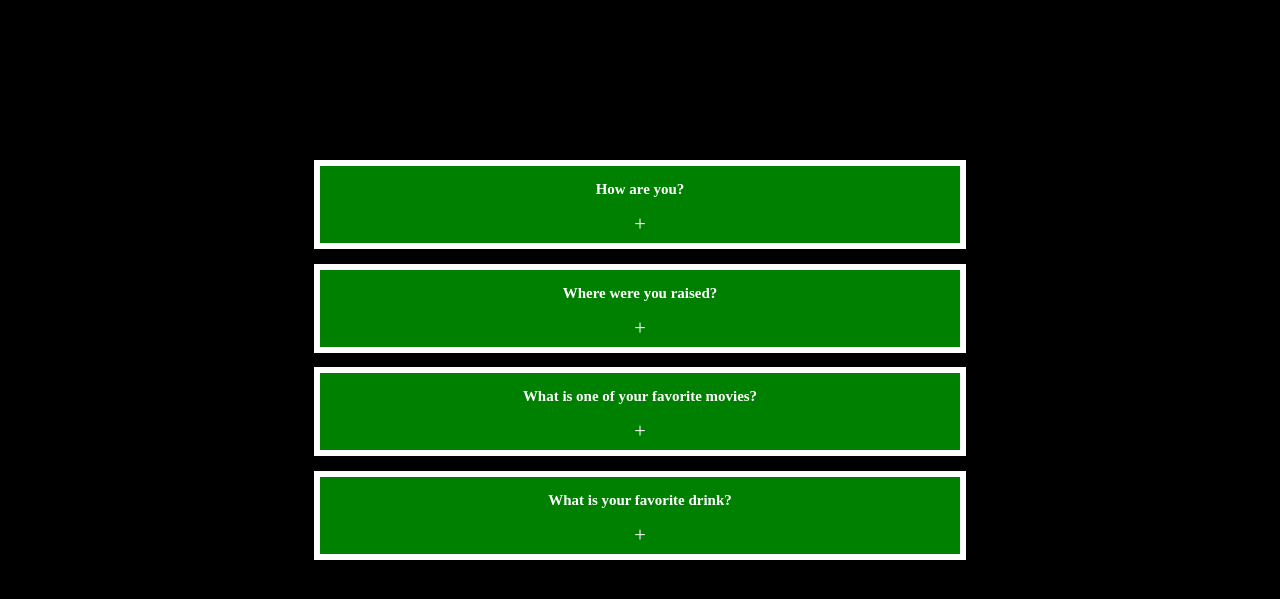
Repository: kosenijr/react-projects
Page: / (app in accordion/)
An editor plug-in stored every save of this project. The page is shown before and after the next save, followed by the edit.
The browser window is 1280 px wide. The pictures show the whole page.
The project was rebuilt for these pictures with package versions that can differ from the ones it lists, and the page was loaded fresh each time.

Above is the page before, as saved 2024-03-02 23:15:11.

After the next save:
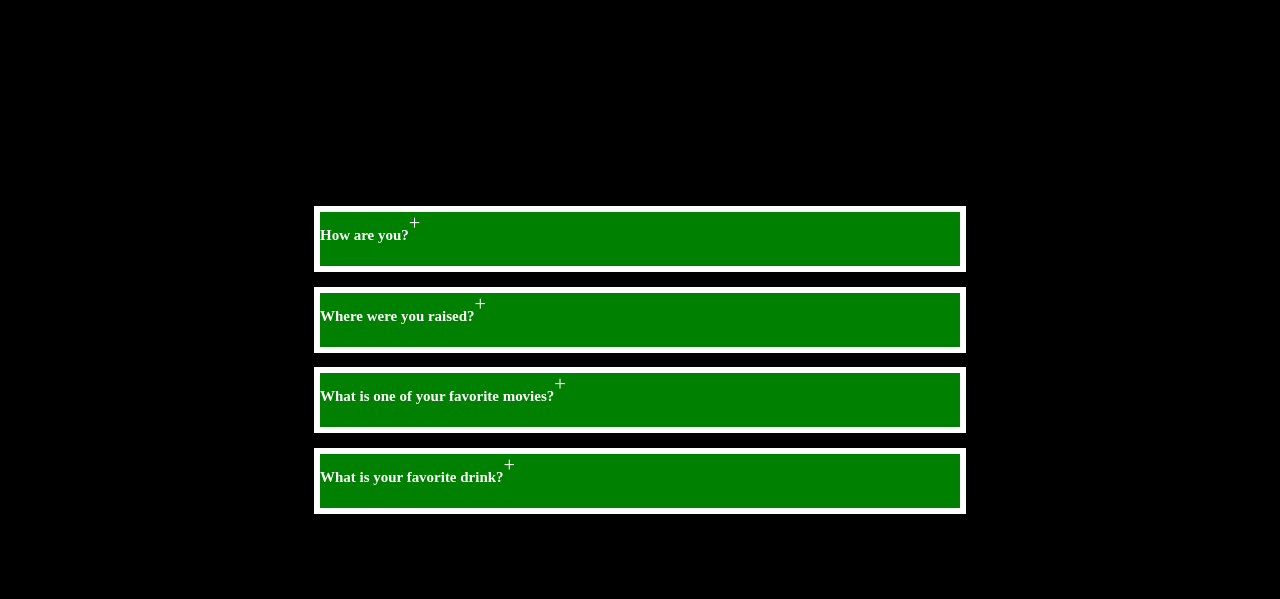
Saved 2 min 51 s later.
--- a/accordion/src/styles/SingleSelection.css
+++ b/accordion/src/styles/SingleSelection.css
@@ -20,6 +20,10 @@
   cursor: pointer;
 }
 
+.title {
+  display: flex;
+}
+
 span {
   font-size: 1.6em;;
 }
